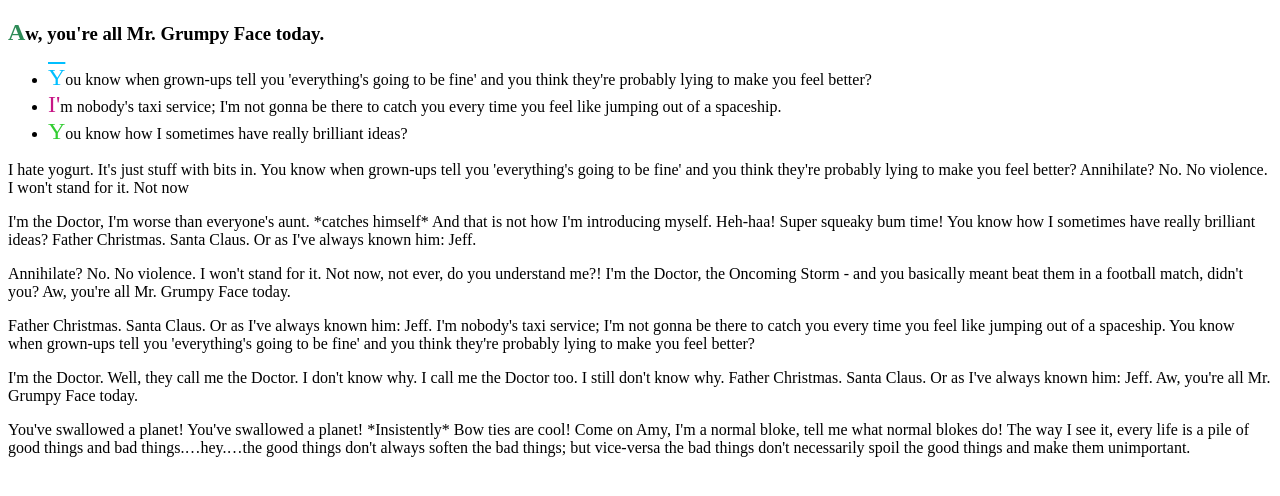
Repository: m0lt/modul_1
Page: 20250708_css_Class_ID/Aufgaben/02_Pseudo-Elements-Level-1_2/index.html
The author's editor kept a copy of each file at every save. The page is drawn from the files as they stood at one save, then again after the next save.
The browser window is 1280 px wide. The pictures show the whole page.

Above is the page before, as saved 2025-07-07 14:19:40.

After the next save:
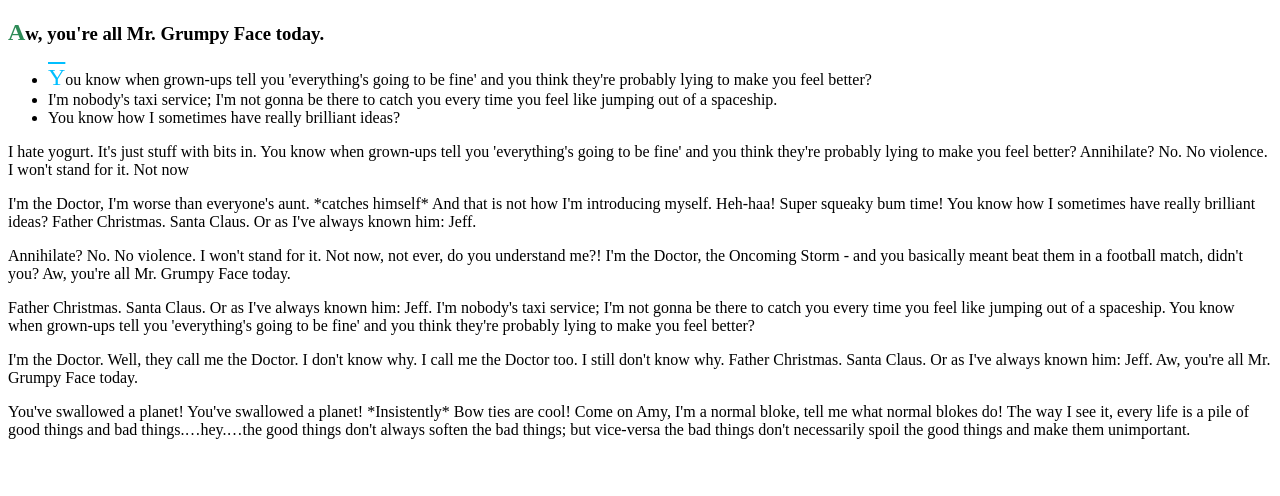
Saved 39 s later.
--- a/20250708_css_Class_ID/Aufgaben/02_Pseudo-Elements-Level-1_2/assets/css/styles.css
+++ b/20250708_css_Class_ID/Aufgaben/02_Pseudo-Elements-Level-1_2/assets/css/styles.css
@@ -8,17 +8,16 @@
 li:nth-of-type(1)::first-letter {
   color: #00bfff;
   font-size: 24px;
-}
-li:nth-of-type(1)::first-letter {
-  color: #00bfff;
-  text-decoration: overline;
-}
+    text-decoration: overline;
+
 
 li:nth-of-type(2)::first-letter {
   color: #c71585;
   font-size: 24px;
+  text-decoration: underline;
 }
 li:nth-of-type(3)::first-letter {
   color: #32cd32;
   font-size: 24px;
+  text-decoration: line-through;
 }

After the save that followed:
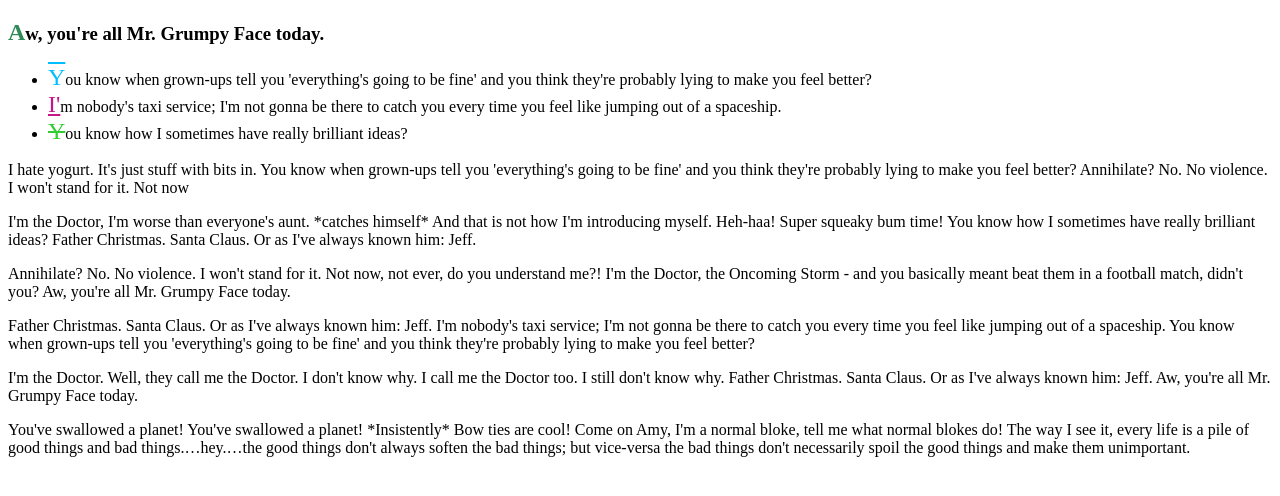
Saved 22 s later.
--- a/20250708_css_Class_ID/Aufgaben/02_Pseudo-Elements-Level-1_2/assets/css/styles.css
+++ b/20250708_css_Class_ID/Aufgaben/02_Pseudo-Elements-Level-1_2/assets/css/styles.css
@@ -8,8 +8,8 @@
 li:nth-of-type(1)::first-letter {
   color: #00bfff;
   font-size: 24px;
-    text-decoration: overline;
-
+  text-decoration: overline;
+}
 
 li:nth-of-type(2)::first-letter {
   color: #c71585;
